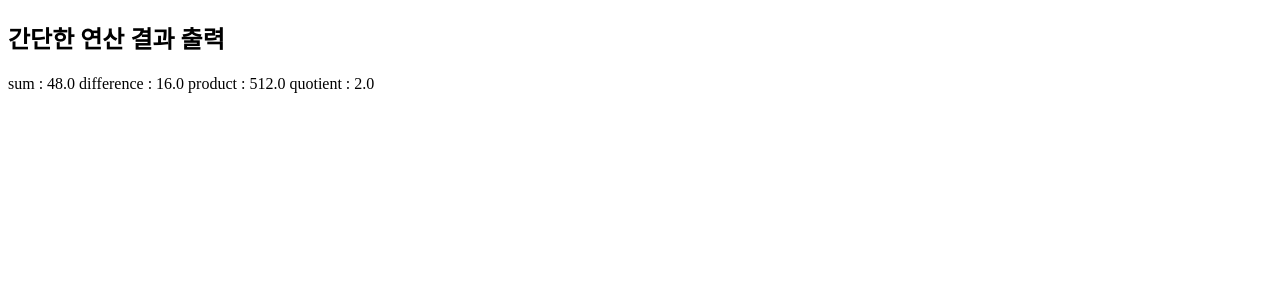
Repository: jihyeon00/java_web_sol
Page: http://localhost/jspweb_07/operate.jsp
The author's editor kept a copy of each file at every save. The page is drawn from the files as they stood at one save, then again after the next save.
The browser window is 1280 px wide. The pictures show the whole page.
The page is served by Tomcat 9.

Above is the page before, as saved 2024-01-10 07:03:39.

### workspace_stsb/jspweb_07/src/main/webapp/operate.jsp
<%@ page language="java" contentType="text/html; charset=UTF-8"
	pageEncoding="UTF-8"%>
<!DOCTYPE html>
<html>
<head>
<meta charset="UTF-8">
<title>Insert title here</title>
</head>
<body>
	<h2>간단한 연산 결과 출력</h2>

	<!-- 자바 코드 -->
	<%
		int num1 = 32;
		int num2 = 16;

		// 더하기, 빼기, 곱하기, 나누기 수행
		double sum = num1 + num2;
		double difference = num1 - num2;
		double product = num1 * num2;
		double quotient = (num2 != 0) ? num1 / num2 : Double.POSITIVE_INFINITY;

		out.println("sum : " + sum);
		out.println("difference : " + difference);
		out.println("product : " + product);
		out.println("quotient : " + quotient);
	%>
</body>
</html>

After the next save:
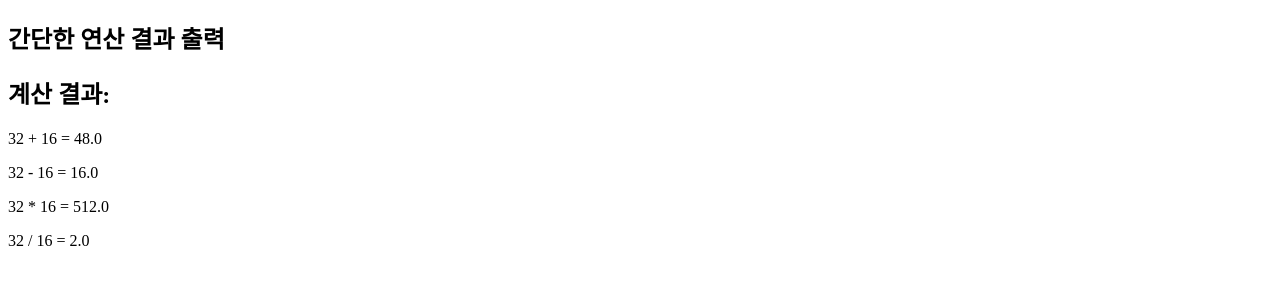
Saved 5 min 48 s later.
--- a/workspace_stsb/jspweb_07/src/main/webapp/operate.jsp
+++ b/workspace_stsb/jspweb_07/src/main/webapp/operate.jsp
@@ -20,10 +20,12 @@
 		double product = num1 * num2;
 		double quotient = (num2 != 0) ? num1 / num2 : Double.POSITIVE_INFINITY;
 
-		out.println("sum : " + sum);
-		out.println("difference : " + difference);
-		out.println("product : " + product);
-		out.println("quotient : " + quotient);
 	%>
+
+	<h2>계산 결과:</h2>
+    <p><%= num1 %> + <%= num2 %> = <%= sum %></p>
+    <p><%= num1 %> - <%= num2 %> = <%= difference %></p>
+    <p><%= num1 %> * <%= num2 %> = <%= product %></p>
+    <p><%= num1 %> / <%= num2 %> = <%= quotient %></p>
 </body>
 </html>
